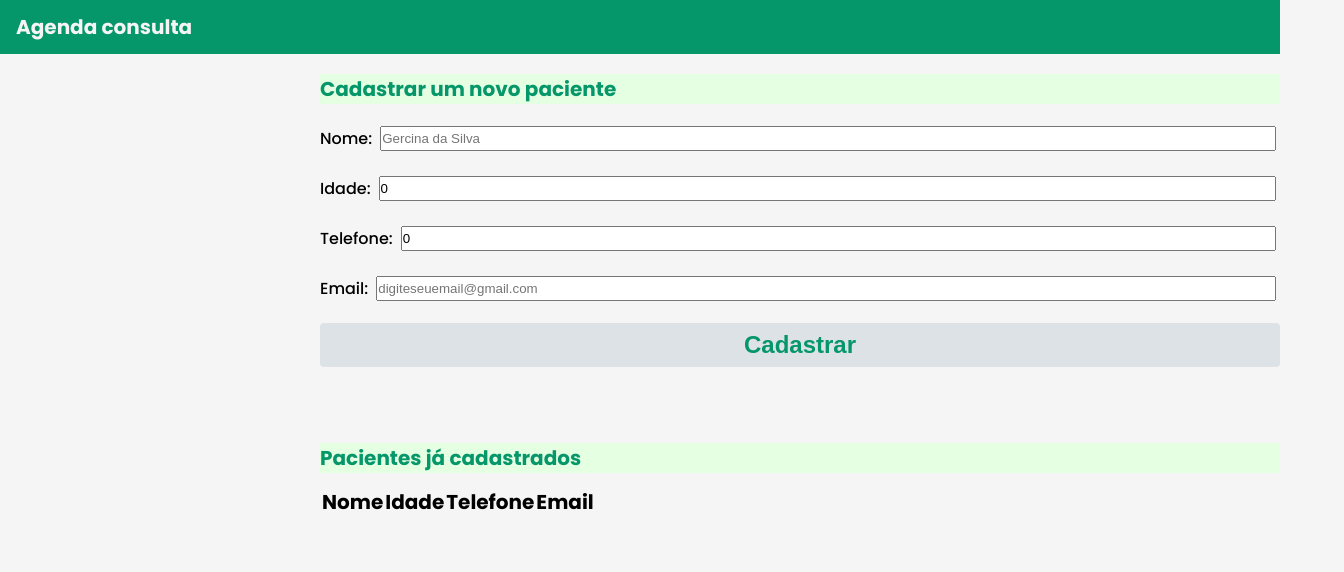
Repository: BarbaraCD/agendaconsulta
Page: /
These files come from the project's save history. The page is drawn as it stood at one moment and after the next save; the edit follows.
The browser window is 1280 px wide. The page is 1280 px wide, then 1344 px, so the pictures cover 1344 px, including what lies to the right of the window. The pictures show the whole page.
The page's requests for data from a server got no answer. The project was rebuilt for these pictures with package versions that can differ from the ones it lists, and the page was loaded fresh each time. No one was signed in, and anything a server would have sent is missing. Also part of the build but not shown: vite.config.ts, src/styles/StyleList.ts, src/components/Patients.tsx.

Above is the page before, as saved 2023-07-31 07:54:35.

After the next save:
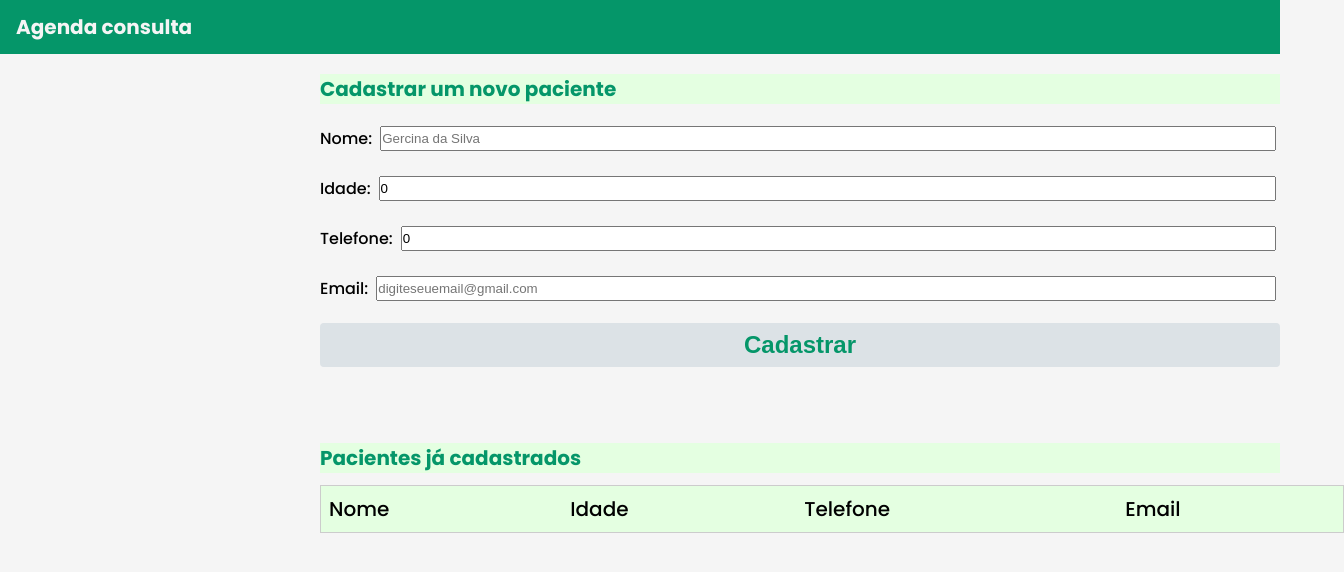
Saved 93 s later.
--- a/src/styles/CreateContainer.ts
+++ b/src/styles/CreateContainer.ts
@@ -32,4 +32,31 @@ export const Container3 = styled.div`
     background-color: ${(props) => props.theme.colors[100]};
     margin-bottom: 12px;
   }
+
+  table {
+    width: 80vw;
+    border-collapse: collapse;
+    align-items: center;
+    justify-content: center;
+    border: 1px solid #ccc;
+  }
+
+  th,
+  td {
+    padding: 8px;
+    text-align: left;
+    border-bottom: 1px solid #ccc;
+  }
+
+  th {
+    background-color: ${(props) => props.theme.colors[100]};
+    font-weight: 500;
+  }
+
+  td {
+    span{
+      display: flex;
+      font-size: ${(props) => props.theme.size.md};
+    }
+  }
 `
